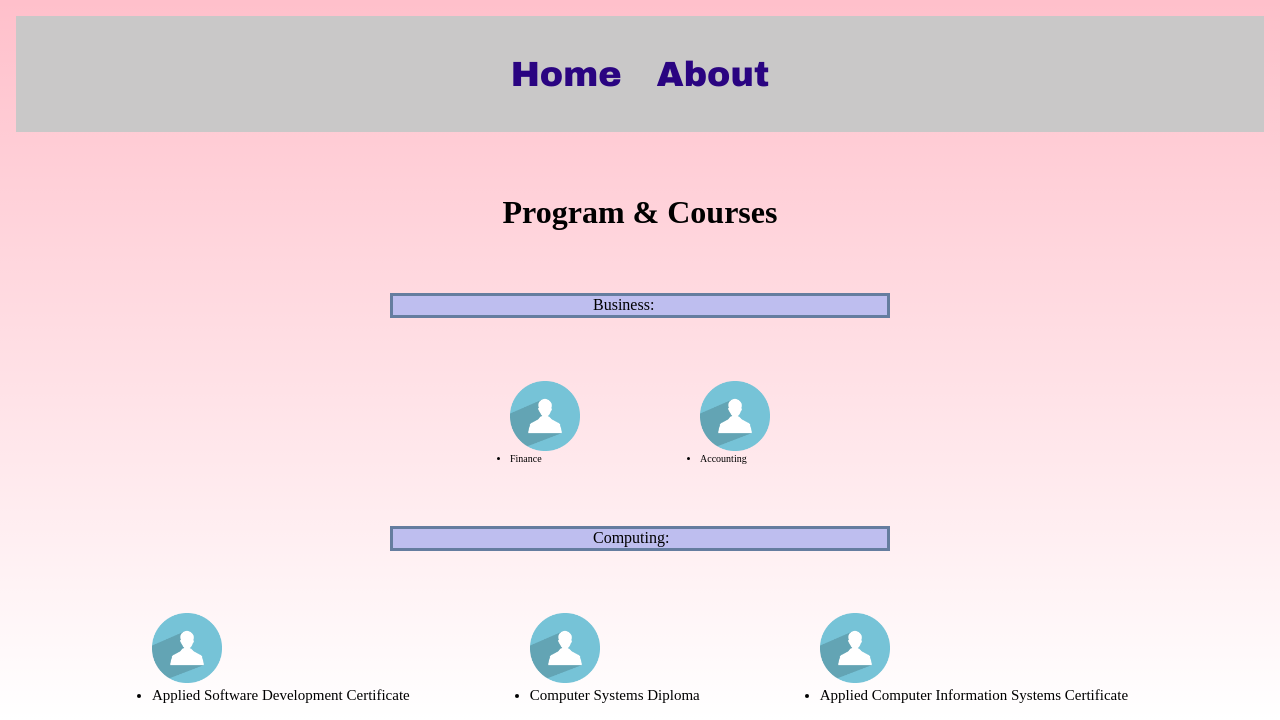
Repository: anoncoderin/madhu-assignment3
Page: /
The author's editor kept a copy of each file at every save. The page is drawn from the files as they stood at one save, then again after a run of saves.
The browser window is 1280 px wide. The pictures show the whole page.
The project was rebuilt for these pictures with package versions that can differ from the ones it lists, and the page was loaded fresh each time. The framework's server and built-in components were replaced by stand-ins that run in the browser. Also part of the build but not shown: next.config.js, components/Card/Card.module.css.

Above is the page before, as saved 2023-01-22 22:46:03.

### pages/index.js
import Head from 'next/head'
import Image from 'next/image'
import { Inter } from '@next/font/google'
import styles from '@/styles/Home.module.css'
import { useState } from 'react'
import data from '../data/education.json'
import Link from 'next/link'
import Card from '../components/Card'
import style from '../components/Card/Card.module.css'

export default function Home() {
  console.log(data);
  const [information, setInformation] = useState([...data])
  return (
    <>
      <Head>

      </Head>
      <main className={styles.main}>
        <div className={styles.nav}>
        <p> Home &nbsp;&nbsp;
          <Link href="about"><b>About</b></Link>
        </p>
        </div>
        <h1>Program & Courses</h1>
      <div className={styles.heading}>Business:</div>
      <div className={styles.row}>
      {
        information && information.map((info, index)=>{
          if(info.department === "Business"){
            return(
              <Card key={index} degree={info.degree}></Card>
            )
          }
        })
      }
      </div>
      <div className={styles.heading}>Computing:</div>
      <div className={styles.row}>
      {
        information && information.map((info, index)=>{
          if(info.department === "Computing"){
            return(

              <Card key={index} degree={info.degree} font={15}></Card>
            )
          }
        })
      }
      </div>
      </main>
    </>
  )
}

### styles/globals.css
:root {
  --max-width: 1100px;
  --border-radius: 12px;
  --font-mono: ui-monospace, Menlo, Monaco, 'Cascadia Mono', 'Segoe UI Mono',
    'Roboto Mono', 'Oxygen Mono', 'Ubuntu Monospace', 'Source Code Pro',
    'Fira Mono', 'Droid Sans Mono', 'Courier New', monospace;

  --foreground-rgb: 0, 0, 0;
  --background-start-rgb: 255, 192, 203;
  --background-end-rgb: 255, 255, 255;

  --primary-glow: conic-gradient(
    from 180deg at 50% 50%,
    hsla(78, 61%, 87%, 0.2) 0deg,
    #0885ff33 55deg,
    #54d6ff33 120deg,
    #0071ff33 160deg,
    transparent 360deg
  );
  --secondary-glow: radial-gradient(
    rgba(255, 255, 255, 1),
    rgba(255, 255, 255, 0)
  );

  --tile-start-rgb: 239, 245, 249;
  --tile-end-rgb: 228, 232, 233;
  --tile-border: conic-gradient(
    #00000080,
    #00000040,
    #00000030,
    #00000020,
    #00000010,
    #00000010,
    #00000080
  );

  --callout-rgb: 238, 240, 241;
  --callout-border-rgb: 172, 175, 176;
  --card-rgb: 180, 185, 188;
  --card-border-rgb: 131, 134, 135;
}

@media (prefers-color-scheme: dark) {
  :root {
    --foreground-rgb: 255, 255, 255;
    --background-start-rgb: 0, 0, 0;
    --background-end-rgb: 0, 0, 0;

    --primary-glow: radial-gradient(rgba(1, 65, 255, 0.4), rgba(1, 65, 255, 0));
    --secondary-glow: linear-gradient(
      to bottom right,
      rgba(1, 65, 255, 0),
      rgba(1, 65, 255, 0),
      rgba(1, 65, 255, 0.3)
    );

    --tile-start-rgb: 2, 13, 46;
    --tile-end-rgb: 2, 5, 19;
    --tile-border: conic-gradient(
      #ffffff80,
      #ffffff40,
      #ffffff30,
      #ffffff20,
      #ffffff10,
      #ffffff10,
      #ffffff80
    );

    --callout-rgb: 20, 20, 20;
    --callout-border-rgb: 108, 108, 108;
    --card-rgb: 100, 100, 100;
    --card-border-rgb: 200, 200, 200;
  }
}

* {
  box-sizing: border-box;
  padding: 0;
  margin: 0;
}

html,
body {
  max-width: 100vw;
  overflow-x: hidden;
}

body {
  color: rgb(var(--foreground-rgb));
  background: linear-gradient(
      to bottom,
      transparent,
      rgb(var(--background-end-rgb))
    )
    rgb(var(--background-start-rgb));
}

a {
  color: inherit;
  text-decoration: none;
}

@media (prefers-color-scheme: dark) {
  html {
    color-scheme: dark;
  }
}

### styles/Home.module.css
.main {
  display: flex;
  flex-direction: column;
  justify-content: space-between;
  align-items: center;
  padding: 1rem;
  min-height: 100vh;
}
.row{
  display: flex;
  flex-direction: row;
  justify-content:space-evenly;
  gap: 120px;

}
.nav{
  display: flex;
  flex-direction: column;
  justify-content: space-between;
  align-items: center;
      padding: 39px;
  background-color: rgb(201, 200, 200);
  color: rgb(42, 4, 129);

  font-size: 35px;
  margin: 45;
  font-family: arial black;
  width: 100%;
}


.heading{
  padding-left: 200px;
  height: 25px;
  width: 500px;
  background-color: #bebeef;
  border-style:solid;
  border-color:#657d9f;
}

.degree{
  display: flex;
  flex-direction: column;

  gap: 5px;
}

.description {
  display: inherit;
  justify-content: inherit;
  align-items: inherit;
  font-size: 0.85rem;
  max-width: var(--max-width);
  width: 100%;
  z-index: 2;
  font-family: var(--font-mono);
}

.description a {
  display: flex;
  justify-content: center;
  align-items: center;
  gap: 0.5rem;
}

.description p {
  position: relative;
  margin: 0;
  padding: 1rem;
  background-color: rgba(var(--callout-rgb), 0.5);
  border: 1px solid rgba(var(--callout-border-rgb), 0.3);
  border-radius: var(--border-radius);
}

.code {
  font-weight: 700;
  font-family: var(--font-mono);
}

.grid {
  display: grid;
  grid-template-columns: repeat(4, minmax(25%, auto));
  width: var(--max-width);
  max-width: 100%;
}

.card {
  padding: 1rem 1.2rem;
  border-radius: var(--border-radius);
  background: rgba(var(--card-rgb), 0);
  border: 1px solid rgba(var(--card-border-rgb), 0);
  transition: background 200ms, border 200ms;
}

.card span {
  display: inline-block;
  transition: transform 200ms;
}

.card h2 {
  font-weight: 600;
  margin-bottom: 0.7rem;
}

.card p {
  margin: 0;
  opacity: 0.6;
  font-size: 0.9rem;
  line-height: 1.5;
  max-width: 30ch;
}

.center {
  display: flex;
  justify-content: center;
  align-items: center;
  position: relative;
  padding: 4rem 0;
}

.center::before {
  background: var(--secondary-glow);
  border-radius: 50%;
  width: 480px;
  height: 360px;
  margin-left: -400px;
}

.center::after {
  background: var(--primary-glow);
  width: 240px;
  height: 180px;
  z-index: -1;
}

.center::before,
.center::after {
  content: '';
  left: 50%;
  position: absolute;
  filter: blur(45px);
  transform: translateZ(0);
}

.logo,
.thirteen {
  position: relative;
}

.thirteen {
  display: flex;
  justify-content: center;
  align-items: center;
  width: 75px;
  height: 75px;
  padding: 25px 10px;
  margin-left: 16px;
  transform: translateZ(0);
  border-radius: var(--border-radius);
  overflow: hidden;
  box-shadow: 0px 2px 8px -1px #0000001a;
}

.thirteen::before,
.thirteen::after {
  content: '';
  position: absolute;
  z-index: -1;
}

/* Conic Gradient Animation */
.thirteen::before {
  animation: 6s rotate linear infinite;
  width: 200%;
  height: 200%;
  background: var(--tile-border);
}

/* Inner Square */
.thirteen::after {
  inset: 0;
  padding: 1px;
  border-radius: var(--border-radius);
  background: linear-gradient(
    to bottom right,
    rgba(var(--tile-start-rgb), 1),
    rgba(var(--tile-end-rgb), 1)
  );
  background-clip: content-box;
}

/* Enable hover only on non-touch devices */
@media (hover: hover) and (pointer: fine) {
  .card:hover {
    background: rgba(var(--card-rgb), 0.1);
    border: 1px solid rgba(var(--card-border-rgb), 0.15);
  }

  .card:hover span {
    transform: translateX(4px);
  }
}

@media (prefers-reduced-motion) {
  .thirteen::before {
    animation: none;
  }

  .card:hover span {
    transform: none;
  }
}

/* Mobile */
@media (max-width: 700px) {
  .content {
    padding: 4rem;
  }

  .grid {
    grid-template-columns: 1fr;
    margin-bottom: 120px;
    max-width: 320px;
    text-align: center;
  }

  .card {
    padding: 1rem 2.5rem;
  }

  .card h2 {
    margin-bottom: 0.5rem;
  }

  .center {
    padding: 8rem 0 6rem;
  }

  .center::before {
    transform: none;
    height: 300px;
  }

  .description {
    font-size: 0.8rem;
  }

  .description a {
    padding: 1rem;
  }

  .description p,
  .description div {
    display: flex;
    justify-content: center;
    position: fixed;
    width: 100%;
  }

  .description p {
    align-items: center;
    inset: 0 0 auto;
    padding: 2rem 1rem 1.4rem;
    border-radius: 0;
    border: none;
    border-bottom: 1px solid rgba(var(--callout-border-rgb), 0.25);
    background: linear-gradient(
      to bottom,
      rgba(var(--background-start-rgb), 1),
      rgba(var(--callout-rgb), 0.5)
    );
    background-clip: padding-box;
    backdrop-filter: blur(24px);
  }

  .description div {
    align-items: flex-end;
    pointer-events: none;
    inset: auto 0 0;
    padding: 2rem;
    height: 200px;
    background: linear-gradient(
      to bottom,
      transparent 0%,
      rgb(var(--background-end-rgb)) 40%
    );
    z-index: 1;
  }
}

/* Tablet and Smaller Desktop */
@media (min-width: 701px) and (max-width: 1120px) {
  .grid {
    grid-template-columns: repeat(2, 50%);
  }
}

@media (prefers-color-scheme: dark) {
  .vercelLogo {
    filter: invert(1);
  }

  .logo,
  .thirteen img {
    filter: invert(1) drop-shadow(0 0 0.3rem #ffffff70);
  }
}

@keyframes rotate {
  from {
    transform: rotate(360deg);
  }
  to {
    transform: rotate(0deg);
  }
}

### data/education.json
[
        {
            "studentNumber": "A0004567",
            "firstName": "Person 1",
            "gpa": 3.8,
            "department": "Business",
            "degree": "Finance",
            "graduted": 2014
        },
        {
            "studentNumber": "A0001234",
            "firstName": "Person 2",
            "gpa": 3.5,
            "department": "Business",
            "degree": "Accounting",
            "graduted": 2010
        },
        {
            "studentNumber": "A0007890",
            "firstName": "Person 3",
            "gpa": 3.2,
            "department": "Computing",
            "degree": "Applied Software Development Certificate",
            "graduted": 2018
        },
        {
            "studentNumber": "A0007828",
            "firstName": "Person 4",
            "gpa": 3.9,
            "department": "Computing",
            "degree": "Computer Systems Diploma",
            "graduted": 2021
        },
        {
            "studentNumber": "A0003425",
            "firstName": "Person 5",
            "gpa": 3.2,
            "department": "Computing",
            "degree": "Applied Computer Information Systems Certificate",
            "graduted": 2021
        }

]

### components/Card/index.js
export default function Card(
    {
        degree="none",
        color="purple",
        font=10,
        image='icon/personTwo.png'
    }
){
    return(
        <div  style={{backgroundcolor:color, fontSize:font }}>
           <img src={'icon/person.png'} width="70px"></img>
           <ul> <li>{degree}
            </li>

            </ul>
        </div>
    )
}

Loaded but not shown: pages/_app.js (common file); pages/_document.js (common file)

After the next 5 saves:
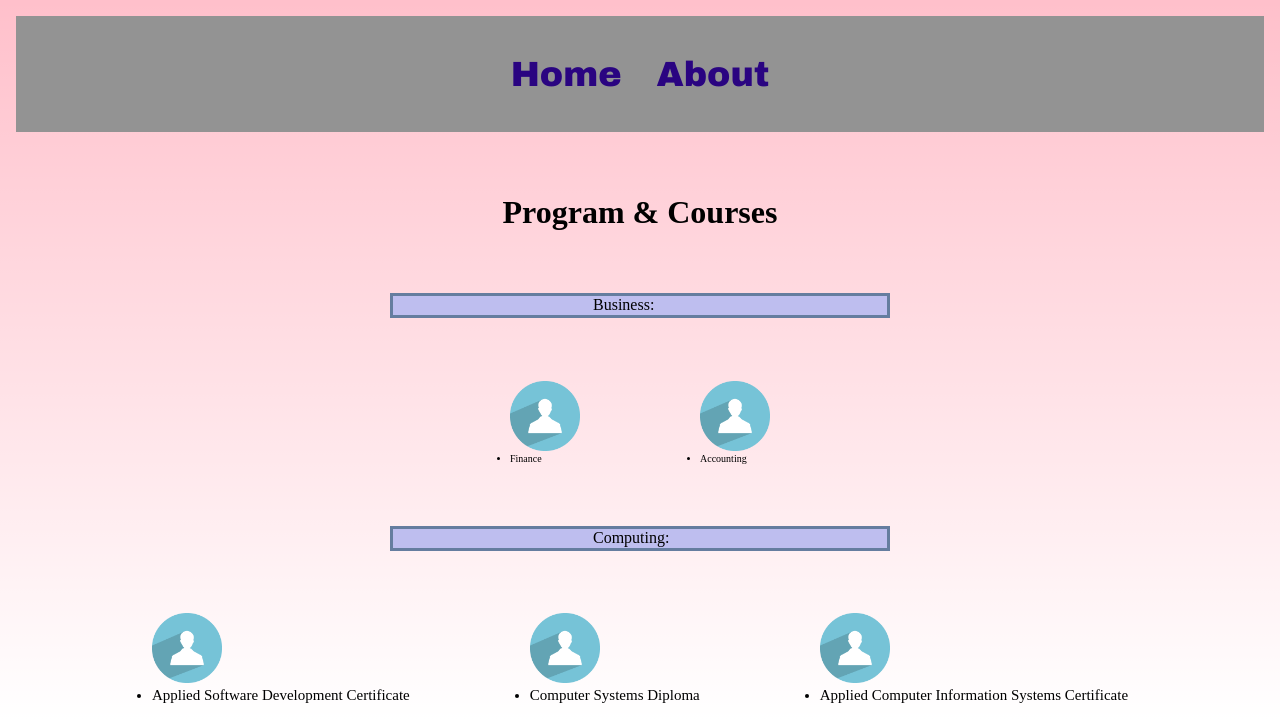
The 5 saves are shown as one change because they came seconds apart.
The last was saved 74 s later.
--- a/styles/Home.module.css
+++ b/styles/Home.module.css
@@ -19,7 +19,7 @@
   justify-content: space-between;
   align-items: center;
       padding: 39px;
-  background-color: rgb(201, 200, 200);
+  background-color: rgb(147, 147, 147);
   color: rgb(42, 4, 129);
 
   font-size: 35px;
